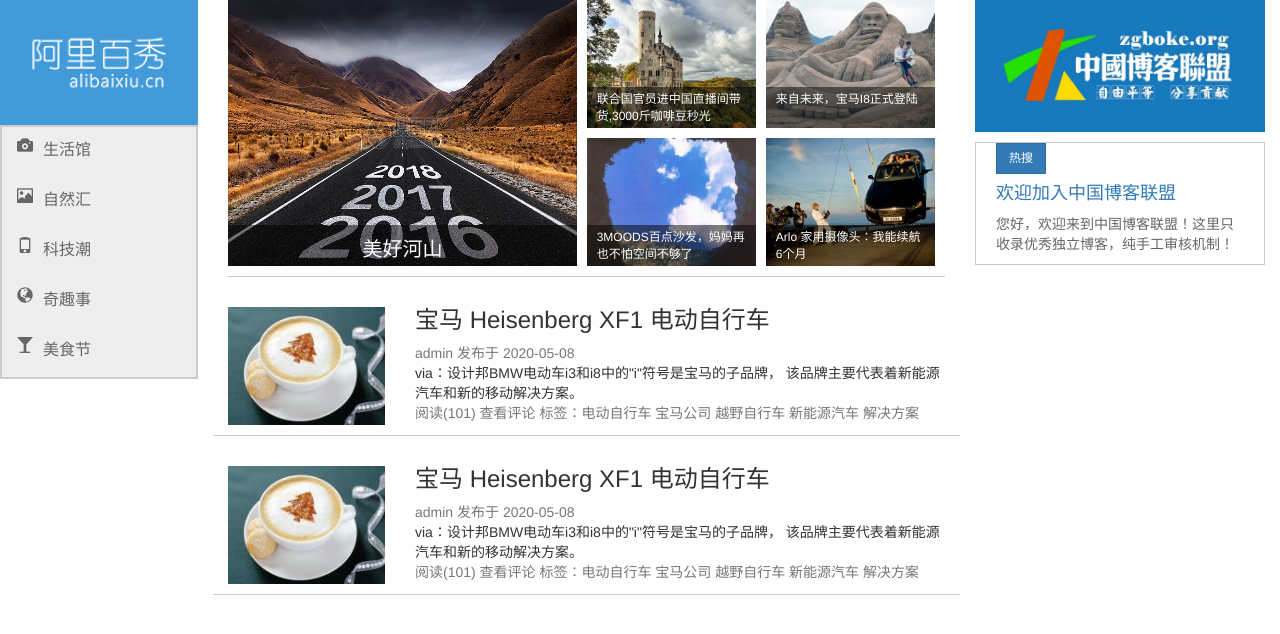
Repository: zhangwen001208/bootstrap-demo
Page: index.html
These files come from the project's save history. The page is drawn as it stood at one moment and after the next save; the edit follows.
The browser window is 1280 px wide. The pictures show the whole page.

Above is the page before, as saved 2022-09-08 17:39:42.

### index.html
<!DOCTYPE html>
<html lang="en">
<head>
    <meta charset="UTF-8">
    <meta http-equiv="X-UA-Compatible" content="IE=edge">
    <meta name="viewport" content="width=device-width, initial-scale=1.0">
    <link rel="stylesheet" href="./bootstrap/css/bootstrap.min.css">
    <link rel="stylesheet" href="./css/index.css">

    <title>Document</title>
</head>
<body>
    <div class="container">
        <div class="row">
            <header class="col-md-2">
                <div class="logo">
                    <img src="./images/logo.png" alt="">
                </div>
                <div class="nav">
                    <ul class="nav flex-column">
                        <li class="nav-item">
                          <a class="nav-link active glyphicon glyphicon-camera" href="#">生活馆</a>
                        </li>
                        <li class="nav-item">
                          <a class="nav-link glyphicon glyphicon-picture" href="#">自然汇</a>
                        </li>
                        <li class="nav-item">
                          <a class="nav-link glyphicon glyphicon-phone" href="#">科技潮</a>
                        </li>
                        <li class="nav-item">
                          <a class="nav-link glyphicon glyphicon-globe ">奇趣事</a>
                        </li>
                        <li class="nav-item">
                            <a class="nav-link glyphicon glyphicon-glass">美食节</a>
                          </li>
                      </ul>
                </div>

            </header>
            <article class="col-md-7 ">
             <div>
                <ul class="item clearfix">
                    <li>
                        <a href="">
                        <img src="./images/news-1.jpg" alt="">
                        <p>美好河山</p>
                        </a>
                   </li>
                    <li><a href="">
                        <img src="./images/news-2.jpg" alt="">
                        <p>联合国官员进中国直播间带货,3000斤咖啡豆秒光</p>
                    </a></li>
                    <li><a href="">
                        <img src="./images/news-3.jpg" alt="">
                        <p>来自未来，宝马I8正式登陆</p>
                    </a></li>
                    <li><a href="">
                        <img src="./images/news-4.jpg" alt="">
                        <p>3MOODS百点沙发，妈妈再也不怕空间不够了</p>
                    </a></li>
                    <li><a href="">
                        <img src="./images/news-5.jpg" alt="">
                        <p>Arlo 家用摄像头：我能续航6个月</p>
                    </a></li>
                  </ul>
             </div>
              <div class="page">
                <div class="row">
                    <div class="col-sm-3 pic">
                        <img src="./images/news-6.jpg" alt="">
                    </div>
                    <div class="col-sm-9 ">
                        <h3>宝马 Heisenberg XF1 电动自行车</h3>
                        <p class="text-muted">admin 发布于 2020-05-08</p>
                        <p>via：设计邦BMW电动车i3和i8中的"i"符号是宝马的子品牌， 该品牌主要代表着新能源汽车和新的移动解决方案。</p>
                        <p class="text-muted">阅读(101) 查看评论 标签：电动自行车 宝马公司 越野自行车 新能源汽车 解决方案</p>
                    </div>
                </div>
                <div class="row">
                    <div class="col-sm-3 pic">
                        <img src="./images/news-6.jpg" alt="">
                    </div>
                    <div class="col-sm-9 ">
                        <h3>宝马 Heisenberg XF1 电动自行车</h3>
                        <p class="text-muted">admin 发布于 2020-05-08</p>
                        <p>via：设计邦BMW电动车i3和i8中的"i"符号是宝马的子品牌， 该品牌主要代表着新能源汽车和新的移动解决方案。</p>
                        <p class="text-muted">阅读(101) 查看评论 标签：电动自行车 宝马公司 越野自行车 新能源汽车 解决方案</p>
                    </div>
                </div>
              </div>

            </article>
            <aside class="col-md-3">
                <a href="#" class="banner">
                    <img src="./images/zgboke.jpg" alt="">
                </a>
                <a href="#" class="hot">
                    <span class="btn btn-primary">热搜</span>
                    <h4 class="text-primary">欢迎加入中国博客联盟</h4>
                    <p>您好，欢迎来到中国博客联盟！这里只收录优秀独立博客，纯手工审核机制！</p>
                </a>

            </aside>



        </div>
    </div>

</body>
</html>

### css/index.css

 @media screen and (min-width: 1280px) {
    .container {
        width: 1280px
    }

 }
 ul{
    padding: 0;
    margin: 0;
 }
 ul>li {
    list-style: none;
    text-decoration: none;

 }
 a {
    color: #666;
 }
 a:hover {
    text-decoration: none;
 }
 p{
    margin-bottom: 0;
 }






 header {
    padding-left: 0 !important;

 }
 .logo {
    background-color: #429ad9;


 }
 .logo img {
    width: 100%;

 }
 .nav {
    border: 1px solid #ccc ;
    background-color: #eee;
 }

 .nav-item a {
    display: block;
    font-size: 16px;
    height: 50px;
 }
.nav-item a::before {
    vertical-align: middle;
    padding-right: 10px;
}
.nav-item:hover {
    background-color: #fff !important;
}

article {
    padding: 0;
}

.item li {

    float: left;
    width: 25%;
    height: 128px;
    padding-right: 10px;
    margin-bottom: 10px;

}
.item li a {
    position: relative;
    display: block;
    width: 100%;
    height: 100%;
}


.item li:nth-child(1) {
    width: 50%;
    height: 266px;
    padding-right: 10px;


}
.item li:nth-child(1) p {
    font-size: 20px;
    line-height: 41px;
    text-align: center;
}
.item li>a img {
    width: 100%;
    height: 100%;

}
.item li>a p {
    position: absolute;
    display: block;
    height: 41px;

    width: 100%;
    bottom: 0;
    left: 0;
    background: rgba(0, 0, 0, 0.5);
    font-size: 12px;
    padding: 4px 10px;
    color: #fff;

}
.page {
    display: block;
    height: 168px;

}
.page {
    border-top: 1px solid #ccc;
}

.page .row {
    border-bottom: 1px solid #ccc;
    padding: 10px 0;

}
.pic {
    margin-top: 20px;
}
.pic img {
    width: 100%;
}
.banner img {
    width: 100%;
    height: 100%;
}
.hot {
    display: block;
    border: 1px solid #ccc;
    padding: 0 20px 10px;
    margin-top: 10px;
}
.hot span {
    border-radius: 0;
}
.hot span {
    font-size: 12px;
}

Loaded but not shown: bootstrap/css/bootstrap.min.css (library)

After the next save:
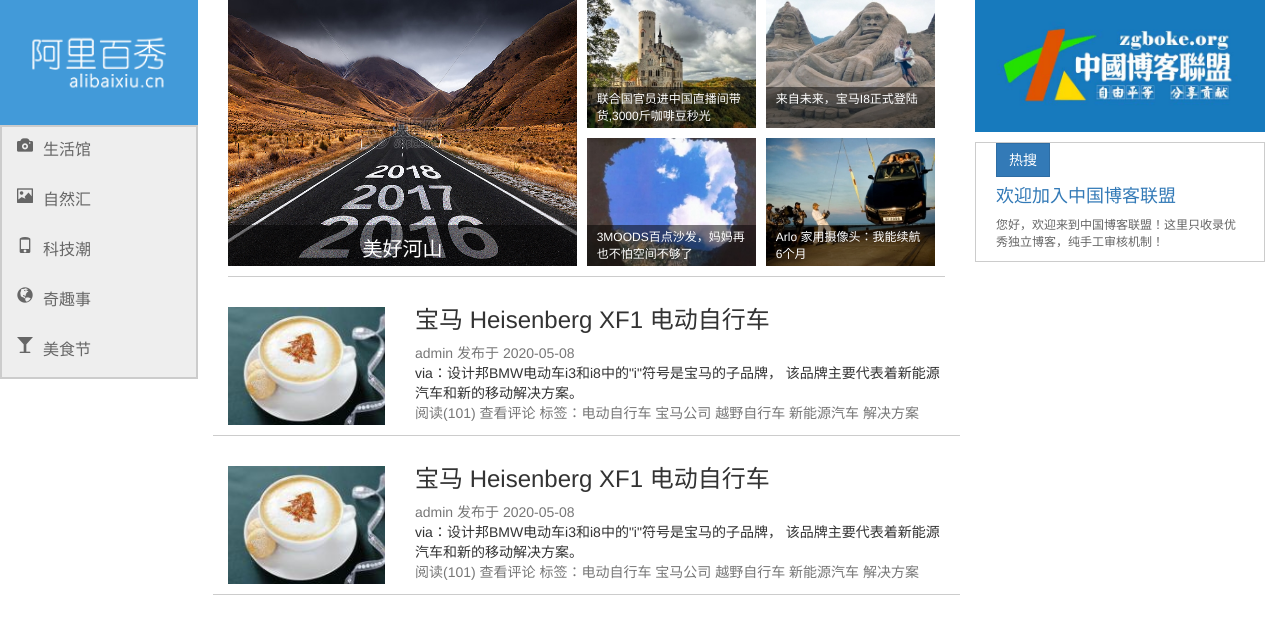
Saved 19 s later.
--- a/css/index.css
+++ b/css/index.css
@@ -145,6 +145,6 @@
 .hot span {
     border-radius: 0;
 }
-.hot span {
+.hot p {
     font-size: 12px;
 }
